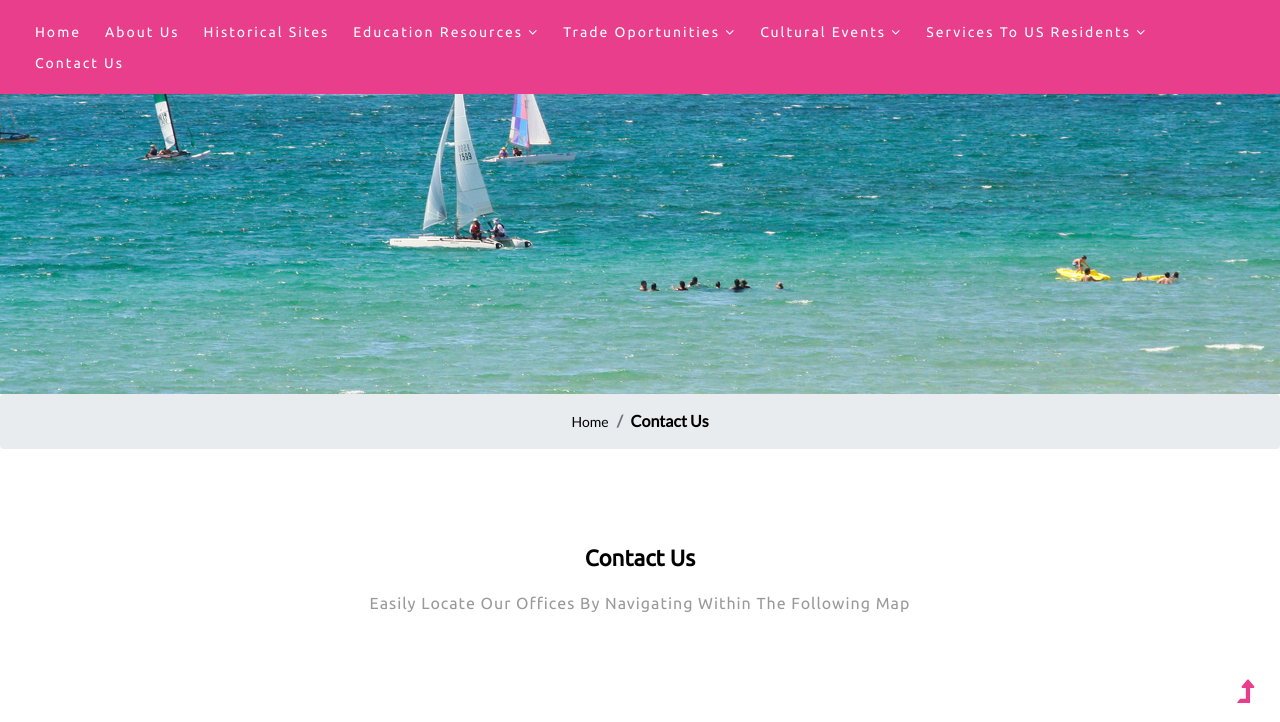
Repository: cynthiarm/Turismo
Page: contact.html
These files come from the project's save history. The page is drawn as it stood at one moment and after the next save; the edit follows.
The browser window is 1280 px wide. The pictures show the part of the page from y = 0 to 722 px (the page is 2555 px tall).
Pictures or frames that could not be fetched are drawn as grey boxes.

Above is the page before, as saved 2019-05-19 13:51:29.

After the next save:
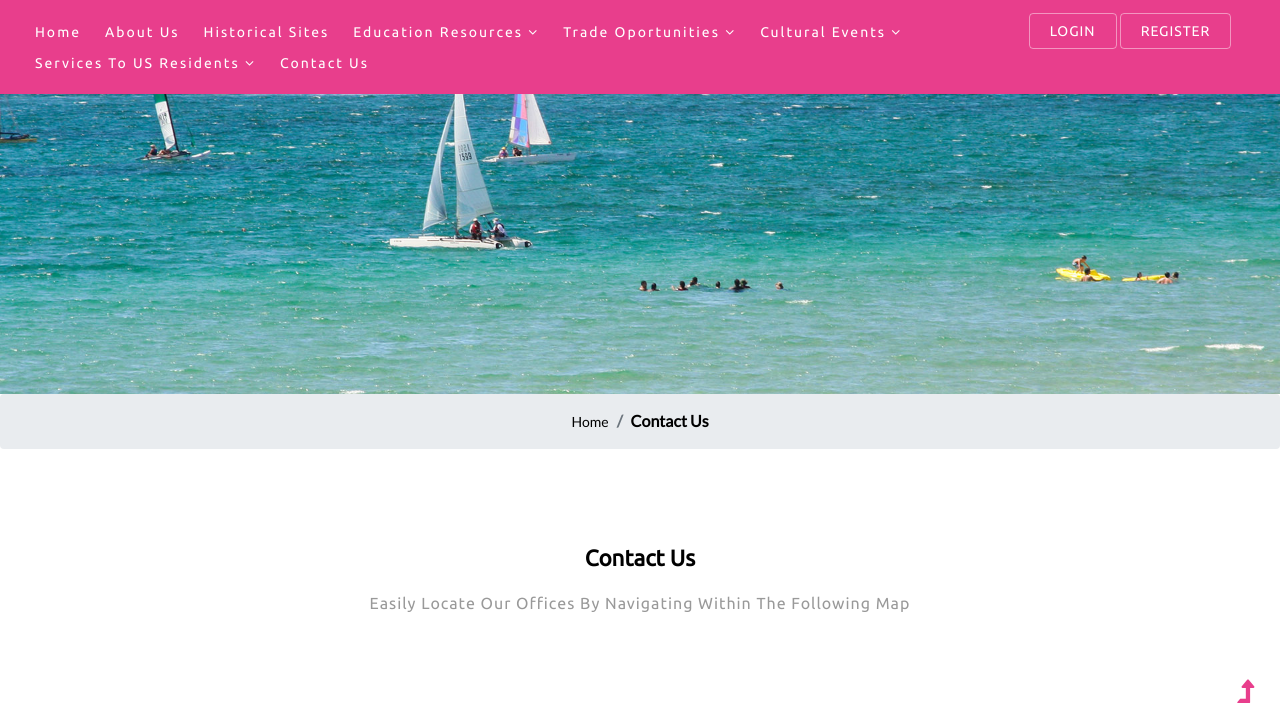
Saved 41 s later.
--- a/contact.html
+++ b/contact.html
@@ -39,6 +39,12 @@
 <body>
     <!-- header -->
     <header id="home">
+        	<ul class="menu float-right menu-login-ul">
+                    <li class="menu-login-li">
+                            <a href="login.html" class="reqe-button text-uppercase">Login</a>
+                            <a href="register.html" class="reqe-button text-uppercase">Register</a>
+                    </li>
+                </ul>
         <div class="container">
             <div class="header d-lg-flex justify-content-between align-items-center py-sm-3 py-2 px-sm-2 px-1">
                 <!-- logo -->
